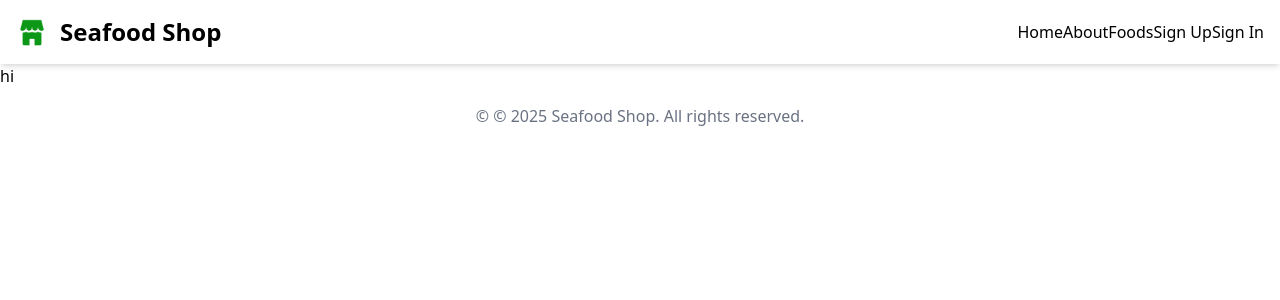
Repository: KongRucifer/SeaFood-Shop
Page: /
The author's editor kept a copy of each file at every save. The page is drawn from the files as they stood at one save, then again after the next save.
The browser window is 1280 px wide. The pictures show the whole page.
The project was rebuilt for these pictures with package versions that can differ from the ones it lists, and the page was loaded fresh each time. The framework's server and built-in components were replaced by stand-ins that run in the browser. Also part of the build but not shown: next.config.ts.

Above is the page before, as saved 2025-06-24 21:00:05.

After the next save:
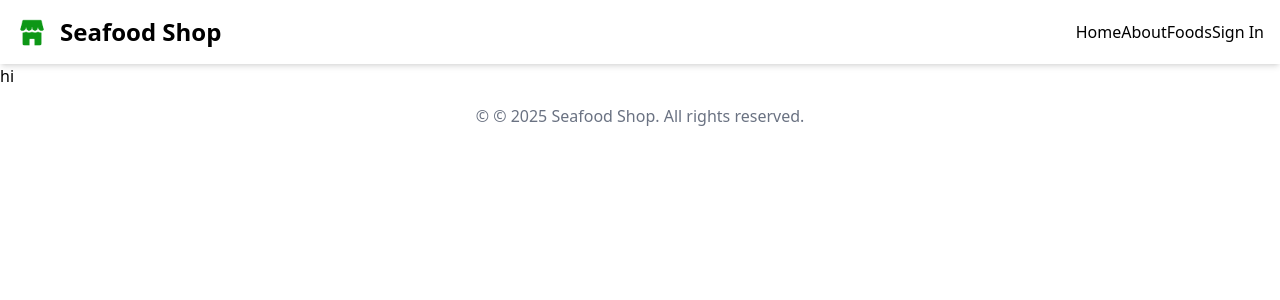
Saved 8 s later.
--- a/src/components/Navbar.tsx
+++ b/src/components/Navbar.tsx
@@ -17,7 +17,7 @@
             <Link href="/">Home</Link>
             <Link href="/">About</Link>
             <Link href="/">Foods</Link>
-            <Link href="/">Sign Up</Link>
+            <Link href="/"><button></button></Link>
             <Link href="/">Sign In</Link>
         </div>
       </div>

After the 3 saves that followed:
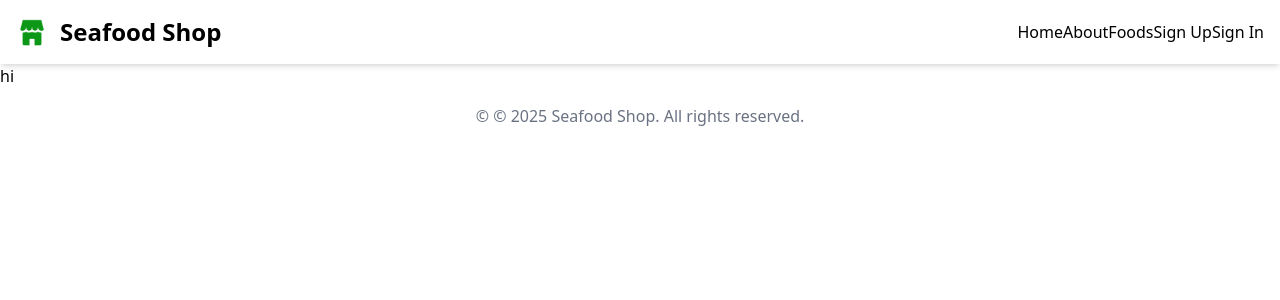
The 3 saves are shown as one change because they came seconds apart.
The last was saved 8 s later.
--- a/src/components/Navbar.tsx
+++ b/src/components/Navbar.tsx
@@ -17,7 +17,7 @@
             <Link href="/">Home</Link>
             <Link href="/">About</Link>
             <Link href="/">Foods</Link>
-            <Link href="/"><button></button></Link>
+            <Link href="/"><button className="">Sign Up</button></Link>
             <Link href="/">Sign In</Link>
         </div>
       </div>
